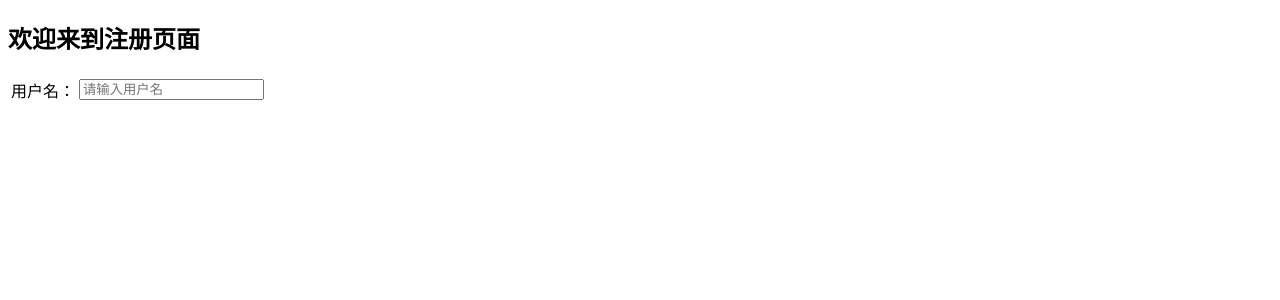
Repository: WKYQAQ/LX
Page: day02_form.html
An editor plug-in stored every save of this project. The page is shown before and after the next save, followed by the edit.
The browser window is 1280 px wide. The pictures show the whole page.

Above is the page before, as saved 2020-07-22 11:37:35.

### day02_form.html
<!DOCTYPE html>
<html lang="en">
<head>
    <meta charset="UTF-8">
    <meta name="viewport" content="width=device-width, initial-scale=1.0">
    <title>注册页面</title>
</head>
<body>
    <h2>欢迎来到注册页面</h2>
    <form action="register.php" method="POST">
        <table>
            <tr>
                <td>用户名：</td>
                <td><input type="text" name="username" placeholder="请输入用户名"/></td>
            </tr>
        </table>
    </form>
</body>
</html>

After the next save:
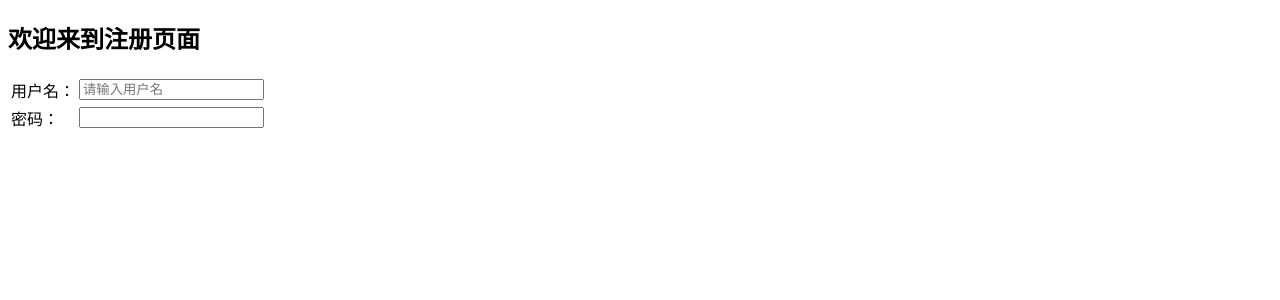
Saved 80 s later.
--- a/day02_form.html
+++ b/day02_form.html
@@ -13,6 +13,11 @@
                 <td>用户名：</td>
                 <td><input type="text" name="username" placeholder="请输入用户名"/></td>
             </tr>
+            <tr>
+                <td>密码：</td>
+                <td><input type="password"/></td>
+                </td>
+            </tr>
         </table>
     </form>
 </body>
